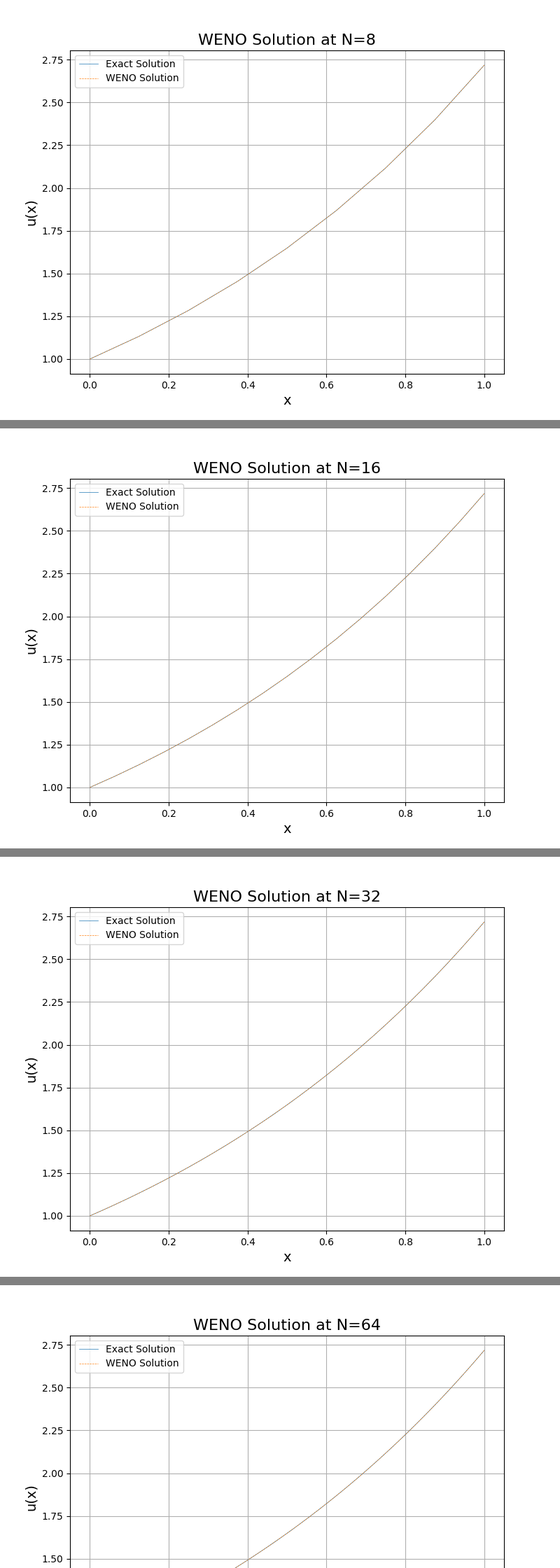
Repository: mishiroo/WENO
Script's output: python main.py
An editor plug-in stored every save of this project. The script's output is shown before and after the next save, followed by the edit.
The pictures show rows 0 to 2240 of an output 3048 px tall, at 70% of full size.
Each picture stacks the figures in order, with grey between them; figures that are only written to a file come last. Random numbers start from a fixed seed.

Above is the script's output before, as saved 2024-12-12 21:16:45.

### main.py
import WENO
import ErrorAnalysis as EA
import numpy as np

# 计算误差阶
# N: Num of cells 网格密度太大 机器误差会影响收敛
NList = [8, 16, 32, 64, 128]
# 存储计算结果
l2_err_list = []
linf_err_list = []
solution_list = []

for n in NList:
    mesh = WENO.Mesh(0, 1, n)  # 实例化的Mesh mesh.mesh访问网格本身
    mesh.SetTestAverageValues()
    theo_values = np.exp(mesh.mesh)
    weno = WENO.WENO1D(mesh=mesh.mesh, avg_values=mesh.avg_values, k=3)

    # weno5_solution = weno.Reconstruct()
    # 模板为5的计算结果
    # weno5_solution = weno.StencilReconstruct_all()
    weno.Reconstruct()
    # 处理边界条件
    weno.BoundaryTreatment(theo_values)
    weno5_solution = weno._solution

    # 统计误差
    linf_err_list.append(EA.LinfError(theo_values, weno5_solution))
    l2_err_list.append(EA.L2Error(theo_values, weno5_solution))
    solution_list.append(weno5_solution)
    # 绘图
    EA.Draw(mesh.mesh, theo_values, weno5_solution)

# np.save("k=5加权结果.npy", solution_list[0])

EA.SaveError("WENO5Error.xlsx", NList, l2_err_list, linf_err_list)

### WENO.py
import tqdm
import numpy as np
from typing import List


# 1D dimension
class WENO1D:

    def __init__(self, mesh: np.ndarray, avg_values: np.ndarray, k: int = 5) -> None:
        """初始化WENO类

        Args:
            mesh (np.ndarray): 网格剖分[lb,...ub]
            avg_values (np.ndarray): 网格剖分[lb,...ub]
            k (int, optional): 模板长度. Defaults to 3.
            Supported k=1, 2, 3, 5
        """
        assert np.size(mesh) - 1 == np.size(
            avg_values
        ), "len(mesh) == len(avg_values) + 1"
        self.avg_values = avg_values
        self.mesh = mesh

        self.order = 2 * k - 1
        self.lb = mesh[0]
        self.ub = mesh[-1]
        self.N = len(mesh) - 1  # Num of cells
        self.k = k  # Num of stencils

        self._solution = np.zeros(self.N + 1)  # 存储WENO重构结果
        self.stencil_solution = np.zeros(self.N + 1)  # 存储模板重构结果

        # 查表得到模板组合线性权
        if self.order == 1:
            self.weights_d = [1]
        elif self.order == 3:
            self.weights_d = [2 / 3, 1 / 3]
        elif self.order == 5:
            self.weights_d = [1 / 10, 3 / 5, 3 / 10]
            # 查表得到模板组合系数
            self.C = np.array(
                [
                    [1 / 3, -7 / 6, 11 / 6],
                    [-1 / 6, 5 / 6, 1 / 3],
                    [1 / 3, 5 / 6, -1 / 6],
                    [11 / 6, -7 / 6, 1 / 3],
                ]
            )
        elif self.order == 9:
            # 直接得到五阶模板 加权可以得到九阶模板
            self.weights_d = np.array([0, 0, 1, 0, 0])  # 书上没有对应权重 取中间的权重
            self.C = np.array(
                [
                    [1 / 5, -21 / 20, 137 / 60, -163 / 60, 137 / 60],
                    [-1 / 20, 17 / 60, -43 / 60, 77 / 60, 1 / 5],
                    [1 / 30, -13 / 60, 47 / 60, 9 / 20, -1 / 20],
                    [-1 / 20, 9 / 20, 47 / 60, -13 / 60, 1 / 30],
                    [1 / 5, 77 / 60, -43 / 60, 17 / 60, -1 / 20],
                    [137 / 60, -163 / 60, 137 / 60, -21 / 20, 1 / 5],
                ]
            )
        else:
            raise ValueError(
                "k must be 1, 2 or 3, 5(测试五阶算法用)"
            )  # 其他阶的系数论文没给，先不写

        self.PrintInfo()

    def PrintInfo(self):
        print(
            f"lb = {self.lb}, ub = {self.ub}, Stencil length = {self.k}, WENO order = {self.order} "
        )
        print(f"Num of cells = {self.N}, Num of Nodes = {self.N + 1} \n")

    def StencilReconstruct(self, index: int) -> List[float]:
        """根据模板进行重构 精度为k阶

        Args:
            index (int): 计算节点的位置索引

        Returns:
            List[float]: 不同模板上的重构结果
        """
        stencil_index = index - 1
        stencil_recons = np.zeros(self.k)  # 存储不同模板重构结果的值
        if stencil_index - self.k + 1 >= 0 and stencil_index + self.k - 1 <= self.N - 1:
            for i in range(self.k):
                stencil_recons[i] = np.inner(
                    self.C[i],
                    self.avg_values[
                        stencil_index - self.k + 1 + i : stencil_index + i + 1
                    ],
                )

        elif stencil_index - self.k + 1 < 0:
            for i in range(self.k):
                stencil_recons[i] = np.inner(
                    self.C[-1],
                    self.avg_values[stencil_index + 1 : stencil_index + self.k + 1],
                )

        elif stencil_index + self.k - 1 > self.N - 1:
            for i in range(self.k):
                stencil_recons[i] = np.inner(
                    self.C[0],
                    self.avg_values[stencil_index - self.k + 1 : stencil_index + 1],
                )
        return stencil_recons

    def SmoothIndicators(self, index: int) -> np.ndarray:
        """计算指示器

        Args:
            index (int): 索引

        Returns:
            np.ndarray: 平滑指示函数
        """
        assert self.k == 2 or self.k == 3, "SmoothIndicators only support k=3 NOW!"
        # 处理非法值
        if index < self.k - 1 or index > self.N - self.k:
            return self.weights_d
        else:
            if self.k == 2:
                beta0 = self.avg_values[index + 1] - self.avg_values[index]
                beta1 = self.avg_values[index] - self.avg_values[index - 1]
                return [beta0, beta1]
            elif self.k == 3:
                beta0 = (
                    13
                    / 12
                    * (
                        self.avg_values[index + 1]
                        - 2 * self.avg_values[index + 1]
                        + self.avg_values[index + 2]
                    )
                    ** 2
                )
                +1 / 4 * (
                    3 * self.avg_values[index]
                    - 4 * self.avg_values[index + 2]
                    + self.avg_values[index + 2]
                ) ** 2
                beta1 = (
                    13
                    / 12
                    * (
                        self.avg_values[index - 1]
                        - 2 * self.avg_values[index]
                        + self.avg_values[index + 1]
                    )
                    ** 2
                )
                +1 / 4 * (self.avg_values[index - 1] - self.avg_values[index + 1]) ** 2
                beta2 = (
                    13
                    / 12
                    * (
                        self.avg_values[index - 2]
                        - 2 * self.avg_values[index - 1]
                        + self.avg_values[index]
                    )
                    ** 2
                )
                +1 / 4 * (
                    3 * self.avg_values[index]
                    - 4 * self.avg_values[index - 1]
                    + self.avg_values[index - 2]
                ) ** 2
            return [beta0, beta1, beta2]

    def FormWeights(self, index: int, eps=1e-6) -> np.ndarray:
        """计算归一化权重

        Args:
            index (int): 索引

        Returns:
            np.ndarray: 权重
        """
        alpha = np.zeros(self.k)
        beta = self.SmoothIndicators(index)
        for i in range(self.k):
            alpha[i] = self.weights_d[i] / (eps + beta[i]) ** 2
        return alpha / np.sum(alpha)

    def NodeReconstruct(self, index: int, eps=1e-6) -> float:
        """WENO加权后的重构 精度为2k-1阶 针对节点进行重构

            返回指定索引的WENO重构结果

        Args:
            index (int): 索引
            eps (_type_, optional): eps参数. Defaults to 1e-6.

        Returns:
            float: 插值结果
        """
        weights = self.FormWeights(index, eps=eps)
        return np.inner(self.weights_d, self.StencilReconstruct(index))

    def Reconstruct(self, eps=1e-6):
        """WENO加权后的重构 精度为2k-1阶 针对区间进行重构

            返回区间上每个节点的WENO重构结果

        Args:
            eps (_type_, optional): eps参数. Defaults to 1e-6.
        """
        for i in tqdm.tqdm(range(self.N + 1)):
            self._solution[i] = self.NodeReconstruct(i, eps=eps)
        return self._solution

    def StencilReconstruct_all(self) -> np.ndarray:
        """精度为2k-1阶 调用StencilReconstruct 针对区间进行重构

            返回区间所有节点使用模板重构结果(收敛阶为模板长度)

        Returns:
            np.ndarray: 重构结果
        """
        for i in range(self.N + 1):
            self.stencil_solution[i] = np.inner(
                self.weights_d, self.StencilReconstruct(i)
            )
        return self.stencil_solution

    def BoundaryTreatment(self, theo_values: np.ndarray) -> None:
        """边界处理: 把遇到的不完整模板计算结果全部用精确值代替

        Args:
            theo_values (np.ndarray): 理论值
        """
        for i in range(self.k):
            # 前k个点
            self._solution[i] = theo_values[i]
            # 后k个点
            self._solution[self.N - i] = theo_values[self.N - i]


class Mesh:
    def __init__(self, lb: float, ub: float, N: int) -> None:
        """初始化网格

        Args:
            lb (float): 左边界
            ub (float): 右边界
            N (int): cells数量
        """
        self.lb = lb
        self.ub = ub
        self.N = N
        self.mesh = np.linspace(lb, ub, N + 1)
        self.avg_values = np.zeros(N)  # Initialize avg_values

    def BindAverageValues(self, avg_values: List[float]) -> None:
        """绑定平均值

        Args:
            avg_values (List[float]): 平均值
        """
        assert len(avg_values) == self.N, "avg_values length must be N"
        self.avg_values = avg_values

    def SetTestAverageValues(self):
        """测试用例
        func = e^x
        设置精确的单元格积分均值
        """
        for i in range(self.N):
            integrate = np.exp(self.mesh[i + 1]) - np.exp(self.mesh[i])
            self.avg_values[i] = integrate / (self.mesh[i + 1] - self.mesh[i])

### ErrorAnalysis.py
# 分析计算结果的收敛阶 绘制计算效果图
import numpy as np
import pandas as pd
from typing import List
from matplotlib import pyplot as plt


def AccuracyOrder(N1: int, N2: int, Error1: int, Error2: int) -> float:
    """给定两组剖分和计算结果，计算收敛阶

    Args:
        N1 (int): 第一次剖分的网格数
        N2 (int): 第二次剖分的网格数
        Error1 (int): 第一次剖分的误差
        Error2 (int): 第二次剖分的误差

    Returns:
        float: 收敛阶
    """
    return np.log(Error1 / Error2) / np.log(N2 / N1)


def AccuracyOrders(NList: List[int], ErrorList: List[float]) -> np.ndarray:
    """对两组及以上剖分结果进行收敛阶分析 返回长度为len(NList)第一个元素为None的收敛阶数组
    输入参数是Num of cells
    Args:
        NList (List[int]): 网格剖分参数列表
        ErrorList (List[float]): 误差结果列表

    Returns:
        np.ndarray: 收敛阶列表
    """
    assert len(NList) == len(
        ErrorList
    ), f"length of NList and ErrorList must be equal, but {len(NList)} and {len(ErrorList)} are given"
    orderList = np.zeros(len(NList))
    orderList[0] = None
    for i in range(1, len(NList)):
        orderList[i] = AccuracyOrder(
            NList[i], NList[i - 1], ErrorList[i], ErrorList[i - 1]
        )
    return orderList


def AccuracyOrders_h(hList: List[float], ErrorList: List[float]) -> np.ndarray:
    """对两组及以上剖分结果进行收敛阶分析 返回长度为len(hList)第一个元素为None的收敛阶数组
    输入参数是剖分长度
    Args:
        hList (List[int]): 网格剖分长度列表
        ErrorList (List[float]): 误差结果列表

    Returns:
        np.ndarray: 收敛阶列表
    """
    N = [int(1/h) for h in hList]
    return AccuracyOrders(N, ErrorList)


def SaveError(
    fn: str, NList: List[int], L2ErrorList: List[float], LinfErrorList: List[float]
) -> None:
    """保存误差结果

    Args:
        fn (str): 保存文件名
        NList (List[int]): 网格剖分参数列表
        ErrorList (List[float]): 误差结果列表
    """
    ac_orders_l2 = AccuracyOrders(NList, L2ErrorList)
    ac_orders_linf = AccuracyOrders(NList, LinfErrorList)
    # 保存计算结果
    data = {
        "N": NList,
        "L2Error": L2ErrorList,
        "L2Order": ac_orders_l2,
        "LInfError": LinfErrorList,
        "LInfOrder": ac_orders_linf,
    }
    df = pd.DataFrame(data)
    df.to_excel(fn, index=False)
    # 打印误差
    print(f"l2 err accuracy order: {ac_orders_l2}")
    print(f"linf err accuracy order: {ac_orders_linf}")


def L2Error(analytical: List[float], numerical: List[float]) -> float:
    """计算L2误差

    Args:
        analytical (List[float]): 解析解
        numerical (List[float]): 数值解

    Returns:
        float: L2误差
    """
    return np.sqrt(np.sum([(a - n) ** 2 for a, n in zip(analytical, numerical)]))


def LinfError(analytical: List[float], numerical: List[float]) -> float:
    """计算Linf误差

    Args:
        analytical (List[float]): 解析解
        numerical (List[float]): 数值解

    Returns:
        float: Linf误差
    """
    return max([abs(a - n) for a, n in zip(analytical, numerical)])


def Draw(
    mesh: np.ndarray,
    theo_values: np.ndarray,
    weno_values: np.ndarray,
    show=False,
    fn: str = None,
):
    """只绘制剖分为N的精确值与数值解对比图

    Args:
        mesh (np.ndarray): 剖分网格
        theo_values (np.ndarray): 理论值
        weno_values (np.ndarray): WENO求解结果
        show(Bool, optional): 是否显示图形. Defaults to False.
        fn (str, optional): 保存文件名. Defaults to None.
    """
    N = mesh.size - 1
    # 创建图形
    plt.figure(figsize=(8, 6))

    # 绘制理论值
    plt.plot(
        mesh,
        theo_values,
        label="Exact Solution",
        linestyle="-",
        linewidth=0.5,
    )
    # 绘制WENO数值解
    plt.plot(
        mesh,
        weno_values,
        label="WENO Solution",
        linestyle="--",
        linewidth=0.5,
    )
    # 设置标题和标签

    plt.title(f"WENO Solution at N={N}", fontsize=16)
    plt.xlabel("x", fontsize=14)
    plt.ylabel("u(x)", fontsize=14)

    # 显示图例
    plt.legend()

    # 显示网格
    plt.grid(True)
    if fn is not None:
        plt.savefig(f"figures/{fn}.png")
    else:
        plt.savefig(f"figures/WENO5-N={N}.png")
    # 展示图形
    if show:
        plt.show()

After the next save:
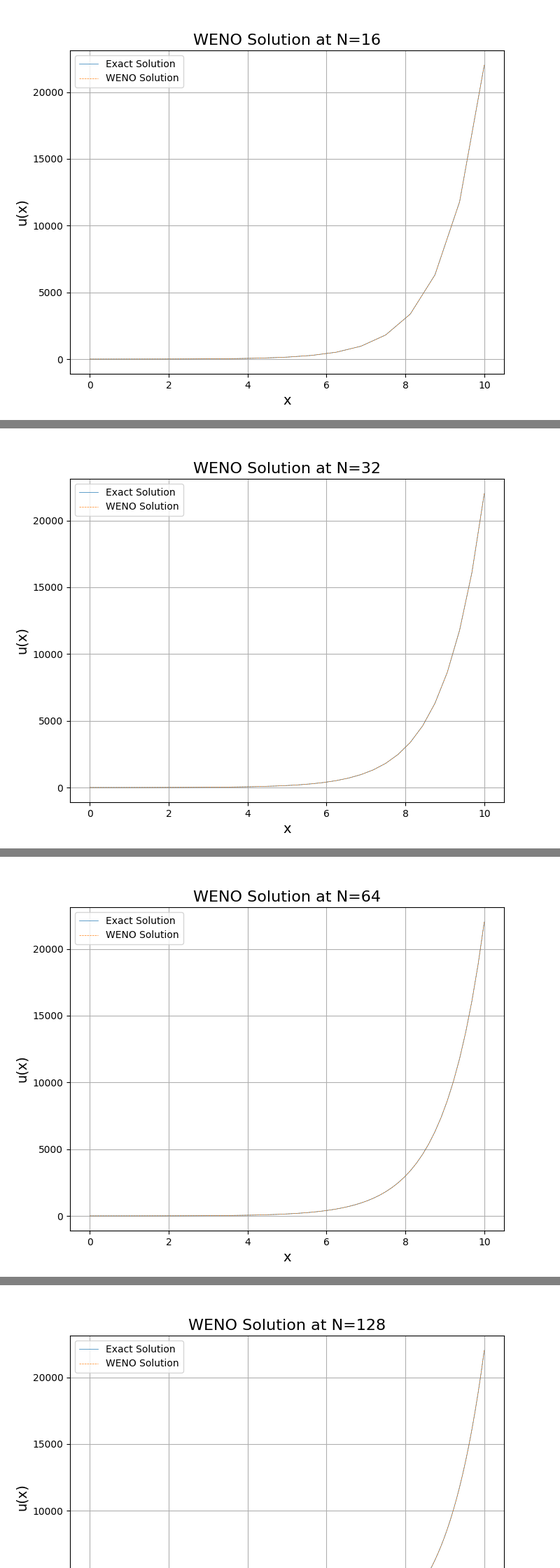
Saved 47 s later.
--- a/main.py
+++ b/main.py
@@ -4,14 +4,14 @@ import numpy as np
 
 # 计算误差阶
 # N: Num of cells 网格密度太大 机器误差会影响收敛
-NList = [8, 16, 32, 64, 128]
+NList = [16, 32, 64, 128, 256]
 # 存储计算结果
 l2_err_list = []
 linf_err_list = []
 solution_list = []
 
 for n in NList:
-    mesh = WENO.Mesh(0, 1, n)  # 实例化的Mesh mesh.mesh访问网格本身
+    mesh = WENO.Mesh(0, 10, n)  # 实例化的Mesh mesh.mesh访问网格本身
     mesh.SetTestAverageValues()
     theo_values = np.exp(mesh.mesh)
     weno = WENO.WENO1D(mesh=mesh.mesh, avg_values=mesh.avg_values, k=3)
